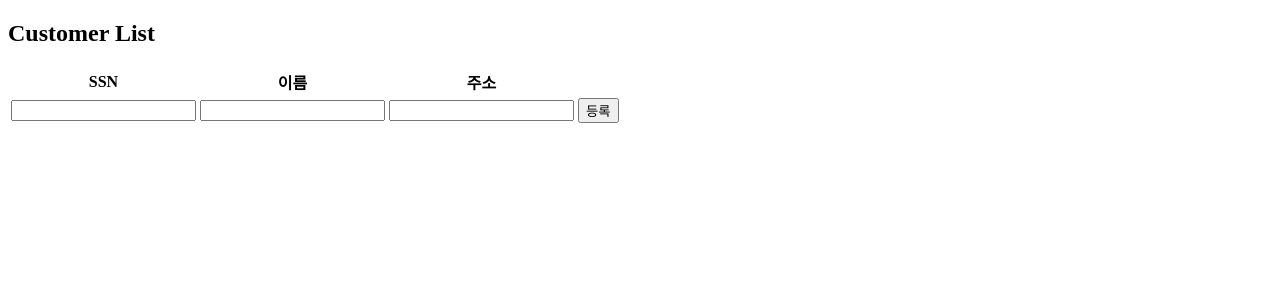
Repository: hyungryuk-zz/JAVA_CLASS
Page: http://localhost/JavaEEPrj/broker/editCustomer.jsp
These files come from the project's save history. The page is drawn as it stood at one moment and after the next save; the edit follows.
The browser window is 1280 px wide. The pictures show the whole page.
The page is served by Tomcat 9. Other server files are loaded and not shown.

Above is the page before, as saved 2017-07-24 07:21:13.

### JavaEEPrj/WebContent/broker/editCustomer.jsp
<%@ page language="java" contentType="text/html; charset=UTF-8"
    pageEncoding="UTF-8"%>
<%@ taglib prefix="c" uri="http://java.sun.com/jsp/jstl/core"%>
<!DOCTYPE html PUBLIC "-//W3C//DTD HTML 4.01 Transitional//EN" "http://www.w3.org/TR/html4/loose.dtd">
<html>
<head>
<meta http-equiv="Content-Type" content="text/html; charset=UTF-8">
<title>Insert title here</title>
</head>
<body>
<h2>Customer List</h2>
   <table>
   <tr>
      <th>SSN</th>
      <th>이름</th>
      <th>주소</th>
   </tr>
   <c:forEach var="customerList" items="${customerList}">
      <tr>
      	<c:if test="${customerList.SSN==ssn}">
      		  <form method="POST" action="broker?cmd=resCustommer">
			   	<td><input type="number" name="ssn"></td>
			   	<td><input type="text" name = "name"></td>
			   	<td><input type="text" name = "addr"></td>
			   	<td><input type="submit" value="등록"></td>
   			</form>
      	</c:if>
      	<c:otherwise>
      	 <td><a href="broker?cmd=oneCustomer&ssn=${customerList.SSN }">${customerList.SSN }</a></td>
         <td>${customerList.name }</td>
         <td>${customerList.addr }</td>
         <td><input type="button" value="삭제" onClick="location.href='broker?cmd=delCustomer&ssn=${customerList.SSN }'"></td>
         <td><input type="button" value="수정" onClick="location.href='broker?cmd=editCustomer&ssn=${customerList.SSN }'"></td>

      	</c:otherwise>

      </tr>
   </c:forEach>

   <tr>
   <form method="POST" action="broker?cmd=resCustommer">
	   	<td><input type="number" name="ssn"></td>
	   	<td><input type="text" name = "name"></td>
	   	<td><input type="text" name = "addr"></td>
	   	<td><input type="submit" value="등록"></td>
   	</form>
   	</tr>
   </table>
</body>
</html>

After the next save:
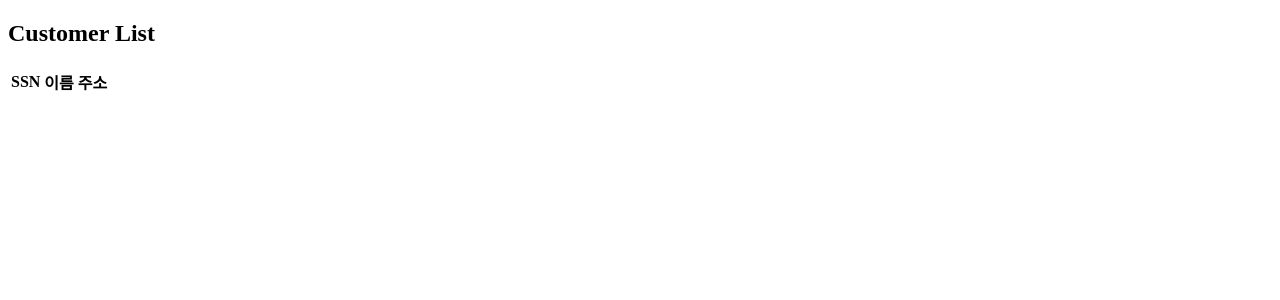
Saved 13 s later.
--- a/JavaEEPrj/WebContent/broker/editCustomer.jsp
+++ b/JavaEEPrj/WebContent/broker/editCustomer.jsp
@@ -31,20 +31,10 @@
          <td>${customerList.addr }</td>
          <td><input type="button" value="삭제" onClick="location.href='broker?cmd=delCustomer&ssn=${customerList.SSN }'"></td>
          <td><input type="button" value="수정" onClick="location.href='broker?cmd=editCustomer&ssn=${customerList.SSN }'"></td>
-
       	</c:otherwise>
 
       </tr>
    </c:forEach>
-
-   <tr>
-   <form method="POST" action="broker?cmd=resCustommer">
-	   	<td><input type="number" name="ssn"></td>
-	   	<td><input type="text" name = "name"></td>
-	   	<td><input type="text" name = "addr"></td>
-	   	<td><input type="submit" value="등록"></td>
-   	</form>
-   	</tr>
    </table>
 </body>
 </html>
